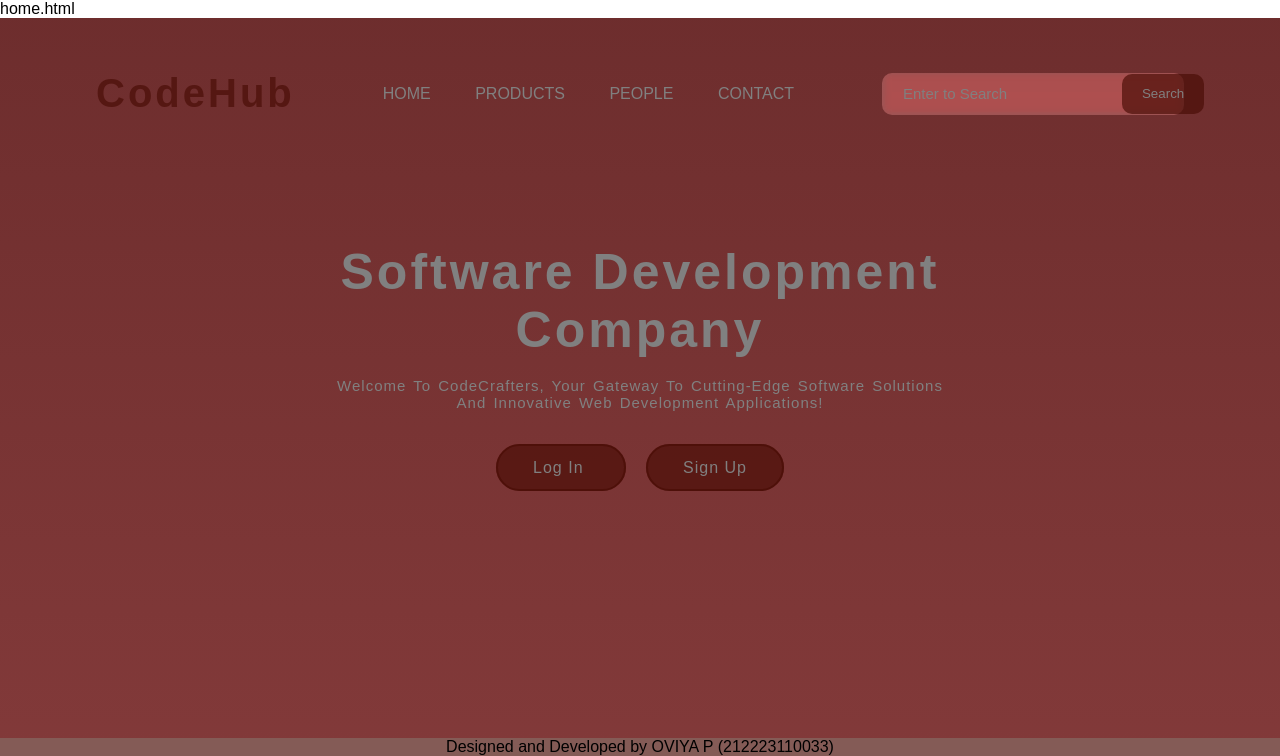
Repository: Oviya24032K6/softweb
Page: oviya/softapp/static/home.html
The author's editor kept a copy of each file at every save. The page is drawn from the files as they stood at one save, then again after the next save.
The browser window is 1280 px wide. The pictures show the whole page.

Above is the page before, as saved 2024-04-23 11:32:55.

After the next save:
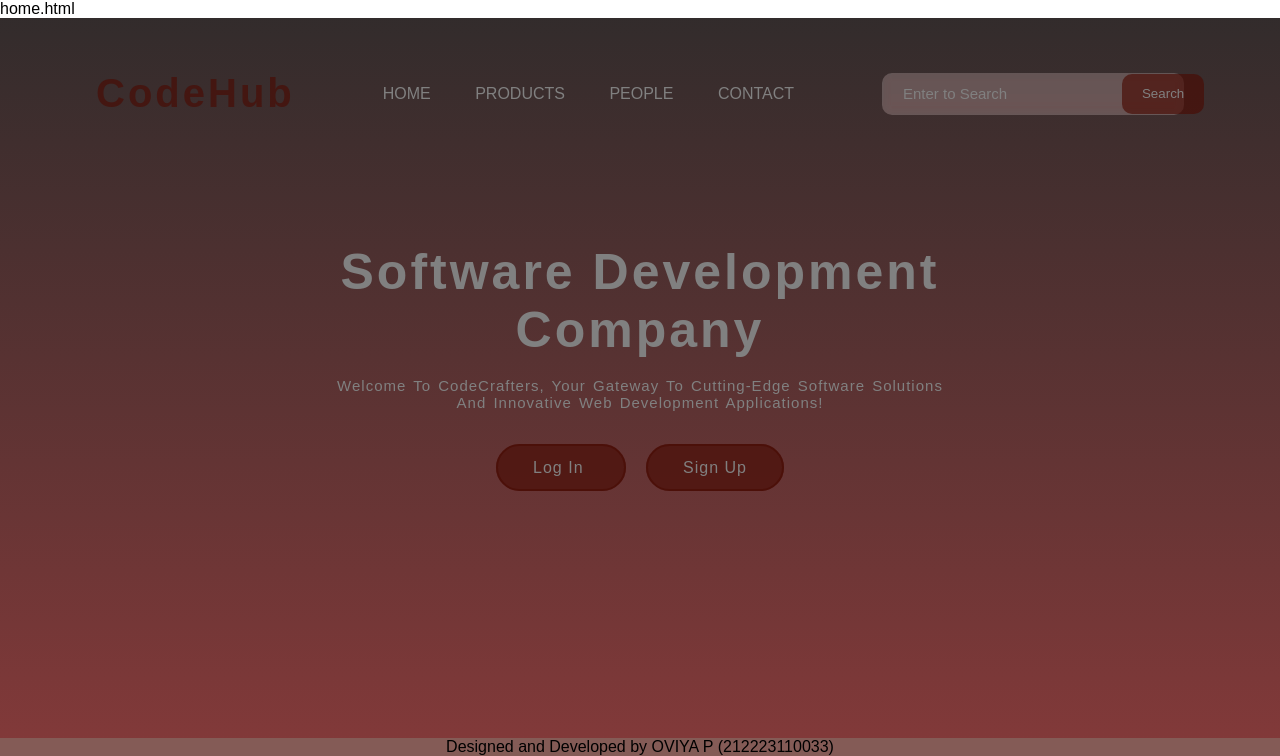
Saved 68 s later.
--- a/oviya/softapp/static/home.html
+++ b/oviya/softapp/static/home.html
@@ -13,7 +13,7 @@ home.html
             .banner {
                 width: 100%;
                 height: 100vh;
-                background-image: linear-gradient(rgba(81, 4, 4, 0.836),rgba(104, 17, 17, 0.83));
+                background-image: linear-gradient(rgba(10, 2, 2, 0.836),rgba(104, 17, 17, 0.83));
                 background-size: cover;
                 background-position: center;
             }
